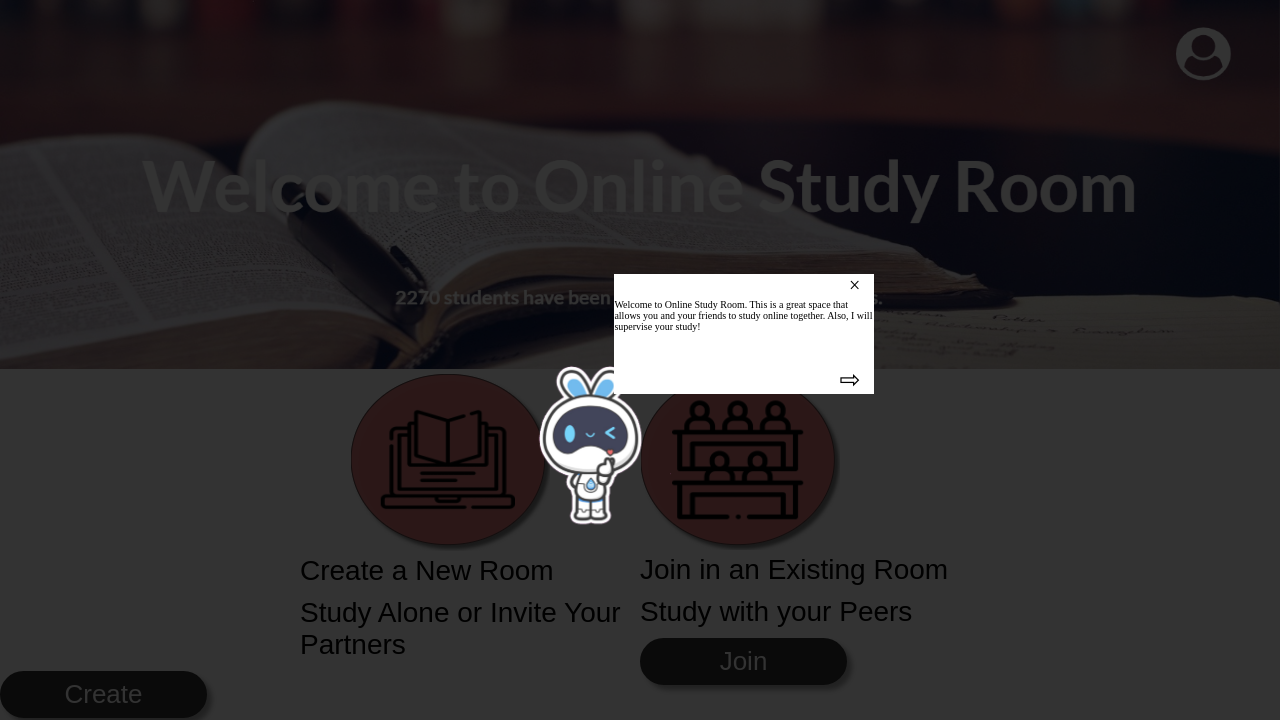
Repository: Team-Extrememe/Online-Study-Room
Page: home.html
These files come from the project's save history. The page is drawn as it stood at one moment and after the next save; the edit follows.
The browser window is 1280 px wide. The pictures show the whole page.

Above is the page before, as saved 2021-10-06 13:31:29.
Console error: TypeError: Cannot set properties of null (setting 'onclick')

After the next save:
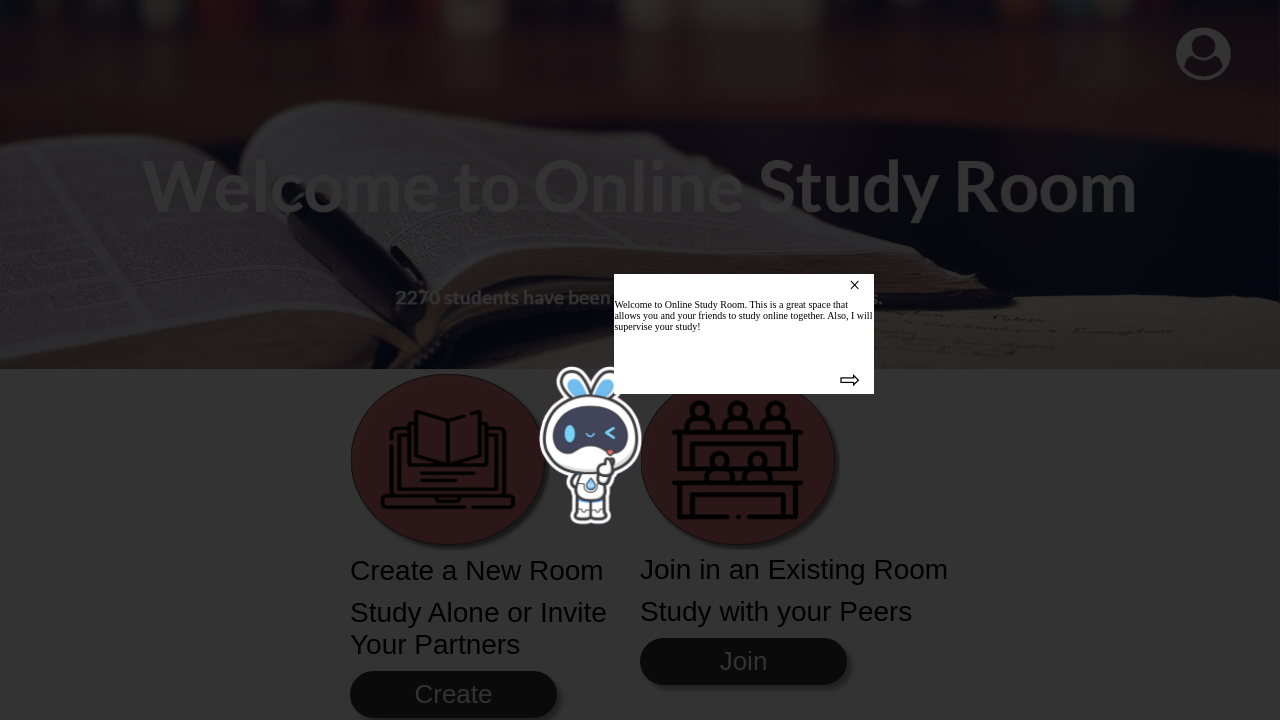
Saved 18 s later.
--- a/css/style.css
+++ b/css/style.css
@@ -170,6 +170,7 @@ input[type="submit"]:hover{
     left: 420px;
     bottom: 100px; */
     font-family: 'Arial Negreta', 'Arial Normal', 'Arial', sans-serif;
+    padding-left: 350px;
 }
 
 .create_text span{
@@ -181,7 +182,6 @@ input[type="submit"]:hover{
     overflow: hidden;
     padding-bottom: 10px;
     font-size: 28px;
-    padding-left: 300px;
 }
 
 .create_text span:nth-of-type(2){
